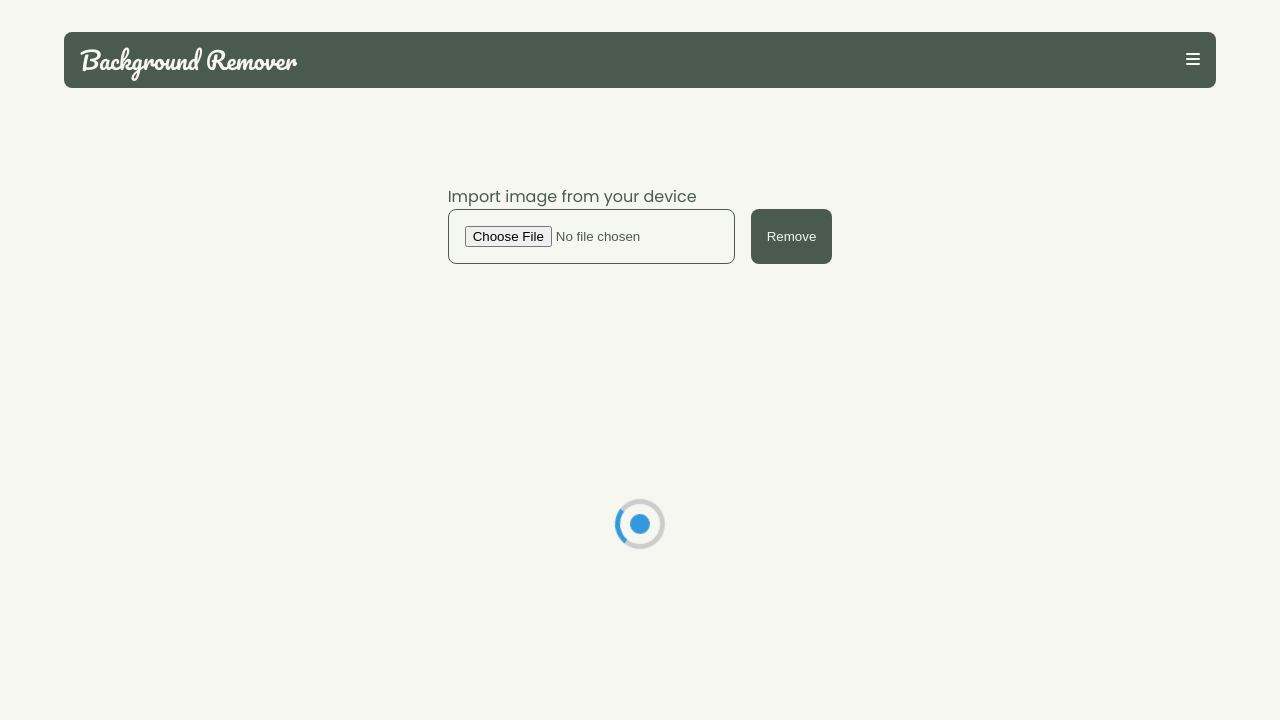
Repository: Oyasikelly/backgroundremover
Page: /
These files come from the project's save history. The page is drawn as it stood at one moment and after the next save; the edit follows.
The browser window is 1280 px wide. The pictures show the whole page.
An inner scrolling area shows only its first screen. Some web libraries are served in a nearby version. The project was rebuilt for these pictures with package versions that can differ from the ones it lists, and the page was loaded fresh each time. Also part of the build but not shown: vite.config.js, src/Components/SavedImages.jsx.

Above is the page before, as saved 2024-12-18 13:29:14.

### index.html
<!-- @format -->

<!DOCTYPE html>
<html lang="en">
  <head>
    <meta charset="UTF-8" />
    <link rel="icon" type="image/svg+xml" href="/vite.svg" />
    <meta name="viewport" content="width=device-width, initial-scale=1.0" />
    <title>Background Remover</title>
  </head>
  <body>
    <div id="root"></div>
    <script type="module" src="/src/main.jsx"></script>
    <script
      src="https://kit.fontawesome.com/09244cd8e5.js"
      crossorigin="anonymous"
    ></script>
  </body>
</html>

### src/App.jsx
/** @format */

// import { useState } from "react";
import { useState } from "react";
import "./App.css";
import { BrowserRouter, Routes, Route } from "react-router-dom";
import Remover from "./Components/Remover";
import SavedImages from "./Components/SavedImages";
export default function App() {
  const [menu, setMenu] = useState(false);
  const [webURL, setWebURL] = useState("");
  const [importedURL, setImportedURL] = useState("");

  return (
    <BrowserRouter>
      <div className="wrapper">
        <Routes>
          <Route
            path="/"
            element={
              <Remover
                menu={menu}
                setMenu={setMenu}
                webURL={webURL}
                setWebURL={setWebURL}
                importedURL={importedURL}
                setImportedURL={setImportedURL}
              />
            }
          />
          <Route path="/SavedImages" Component={SavedImages} />
        </Routes>
      </div>
    </BrowserRouter>
  );
}

### src/App.css
/** @format */
@import url("https://fonts.googleapis.com/css2?family=Dancing+Script:wght@400..700&family=Outfit:wght@100..900&family=Pacifico&family=Poppins:ital,wght@0,100;0,200;0,300;0,400;0,500;0,600;0,700;0,800;0,900;1,100;1,200;1,300;1,400;1,500;1,600;1,700;1,800;1,900&family=Young+Serif&display=swap");

* {
  box-sizing: border-box;
  padding: 0;
  margin: 0;
}
:root {
  --primary-color: #4b5a4f;
  --secondary-color: #f7f7f1;
  --btn-color: #8a9b8e;
}
body {
  background-color: transparent;
  padding: 0;
  margin: 0;
}
body::-webkit-scrollbar {
  display: none;
}
a {
  text-decoration: none;
  color: var(--secondary-color);
}
.container {
  background-color: var(--secondary-color);
  width: 100%;
  height: 100vh;
  overflow: scroll;
  display: flex;
  flex-direction: column;
  /* justify-content: center; */
  align-items: center;
  color: var(--primary-color);
  padding: 0rem 4rem;
  position: relative;
}
.Menu {
  background-color: var(--btn-color);
  color: var(--secondary-color);
  width: 20%;
  align-self: flex-end;
  padding: 1rem;
  position: fixed;
  top: 0;
  right: 0;
  border-radius: 0 0 0.5rem 0.5rem;
  z-index: 100;
  display: flex;
  flex-direction: column;
  gap: 1rem;
}
.Menu p {
  border: 2px solid var(--primary-color);
  padding: 0.3rem;
  border-radius: 0.3rem;
  cursor: pointer;
}
.Menu p:hover {
  background-color: var(--primary-color);
}
h2 {
  width: fit-content;
  font-family: "Pacifico", cursive;
  font-weight: 400;
  font-style: normal;
  line-height: 1.5rem;
  max-width: 30%;
}
header {
  background-color: var(--primary-color);
  color: var(--secondary-color);
  width: 100%;
  margin-bottom: 5rem;
  padding: 1rem;
  border-radius: 0.5rem;
  position: relative;
  top: 2rem;
  display: flex;
  justify-content: space-between;
  align-items: center;
}
i {
  cursor: pointer;
}
.content_container {
  display: flex;
  flex-direction: column;
  justify-content: center;
  align-items: center;
  font-family: "Poppins", serif;
}
form {
  display: flex;
  gap: 1rem;
  margin-bottom: 4rem;
}
input {
  padding: 1rem;
  border-radius: 0.5rem;
  outline: none;
  border: 1px solid var(--primary-color);
  width: 100%;
}
button {
  padding: 1rem;
  background-color: var(--primary-color);
  outline: none;
  border: none;
  border-radius: 0.5rem;
  transition: background-color 0.5s ease-in;
  color: var(--secondary-color);
}
button:hover {
  background-color: var(--btn-color);
}
p {
  align-self: flex-start;
}
.imported-img {
  margin-top: 3rem;
  display: flex;
  flex-direction: column;
  justify-content: center;
  align-items: center;
}
.imported-img form {
  /* background-color: green; */
  width: fit-content;
  display: flex;
  width: 100%;
  /* justify-content: center; */
}
.import-img {
  width: 100%;
  padding: 1rem;
  align-content: center;
}

.output_container{
  width: 350px;
  height: 350px;
  background-color: pink;
}
.output_container img{
  width: 100%;
}
@media screen and (max-width: 1024px) {
  .container {
    padding-bottom: 3rem;
  }
  .content_container {
    width: 100%;
  }
  form {
    width: 100%;
    display: flex;
    justify-content: space-between;
  }
}

.Wrap_savedImages {
  display: flex;
  flex-direction: column;
  justify-content: center;
  align-items: center;
  padding-bottom: 3rem;
}
.saved_images {
  background-color: var(--secondary-color);
  color: var(--primary-color);
  height: 100vh;
  display: grid;
  grid-template-columns: repeat(4, 1fr);
  align-content: center;
  justify-items: center;
  grid-row-gap: 1rem;
  grid-column-gap: 1rem;
}
.saved_images div {
  width: 100px;
  height: 100px;
  border: 1px solid var(--primary-color);
  border-radius: 0.5rem;
}

### src/Components/Remover.jsx
/** @format */
import { useState } from "react";
import axios from "axios";

// import chair from "../assets/chair.jpeg";
import { NavLink } from "react-router-dom";
// components
import Header from "./Header";
// import UrlImage from "./urlImage";
import ImportImage from "./importImage";
import Loading from "./Loading";

export default function Remover({
  menu,
  setMenu,
  // webURL,
  // setWebURL,
  importedURL,
  setImportedURL,
}) {
  const [outputImage, setOutputImage] = useState(""); // State to store the output image URL

  function handleMenu() {
    setMenu(() => true);
  }
  function handleCloseMenu() {
    setMenu(() => false);
  }
  // function handleWebURL(e) {
  //   setWebURL(e.target.value);
  // }
  function handleImportedURL(e) {
    setImportedURL(e.target.files[0]); // Update importedURL state with the selected file
  }

  const apiKey = "0eaf034066ed7e5c243f379b2274ee09d9f82867"; // Replace with your actual API key
  const apiEndpoint = "https://sdk.photoroom.com/v1/segment";

  // Function to remove background for URL
  // const removeBackgroundFromURL = async (imageUrl) => {
  //   try {
  //     const response = await axios.post(
  //       apiEndpoint,
  //       { image_url: imageUrl }, // API expects 'image_url', not 'url'
  //       {
  //         headers: {
  //           "x-api-key": apiKey,
  //           "Content-Type": "application/json",
  //         },
  //         responseType: "blob", // Get the response as a Blob
  //       }
  //     );

  //     const imageUrlBlob = URL.createObjectURL(response.data);
  //     console.log(imageUrlBlob);
  //     setOutputImage(imageUrlBlob);
  //   } catch (error) {
  //     console.error("Error removing background (URL):", error.response?.data || error.message);
  //   }
  // };
  // Function to remove background for imported image
  const removeBackgroundFromFile = async (file) => {
    try {
      const formData = new FormData();
      formData.append("image_file", file); // Append file to FormData

      const response = await axios.post(apiEndpoint, formData, {
        headers: {
          "x-api-key": apiKey,
          "Content-Type": "multipart/form-data",
        },
        responseType: "blob", // Ensure response is a Blob
      });

      const imageUrlBlob = URL.createObjectURL(response.data);
      setOutputImage(imageUrlBlob);
    } catch (error) {
      console.error("Error removing background (File):", error);
    }
  };

  // const handleRemoveBackground = async (e) => {
  //   e.preventDefault();
  //   if (webURL) {
  //     await removeBackgroundFromURL(webURL);
  //   } else {
  //     alert("Please provide an image URL.");
  //   }
  // };

  const handleRemoveBackground_ImportedImg = async (e) => {
    e.preventDefault();
    if (importedURL) {
      await removeBackgroundFromFile(importedURL);
    } else {
      alert("Please import an image.");
    }
  };

  return (
    <div className="container">
      {menu && (
        <div className="Menu" onClick={handleCloseMenu}>
          <span style={{ fontSize: "24px" }}>&#10006;</span>
          <NavLink to="/SavedImages">
            <p>See Saved Images</p>
          </NavLink>
        </div>
      )}
     <Header handleMenu={handleMenu}/>

      {/* Remove Background via URL */}
     {/* <UrlImage webURL={webURL} handleRemoveBackground={handleRemoveBackground} handleWebURL={handleWebURL} /> */}

      {/* Remove Background via Imported File */}
     <ImportImage handleRemoveBackground_ImportedImg={handleRemoveBackground_ImportedImg} handleImportedURL={handleImportedURL}  />


      {/* Output Image */}
      <Loading />
      {outputImage && (
        <div className="output_container">
          <div>
          </div>
          <h3>Background Removed Image:</h3>
         <div className="outputWrap">
          <img src={outputImage} alt="Output" />
          </div>
        </div>
      )}
    </div>
  );
}

### src/Components/Header.jsx
export default function Header({handleMenu}){
    return  <header>
    <h2>Background Remover</h2>
    <nav>
      <i className="fa-solid fa-bars" onClick={handleMenu}></i>
    </nav>
  </header>
}

### src/Components/importImage.jsx
import { motion } from "framer-motion";

export default function ImportImage({handleRemoveBackground_ImportedImg, handleImportedURL}){
    return  <main className="content_container imported-img">
    <p>Import image from your device</p>
    <form onSubmit={handleRemoveBackground_ImportedImg}>
      <input
        name="importedURL"
        className="import-img"
        type="file"
        accept="image/*"
        onChange={handleImportedURL}
      />
      <motion.button whileHover={{scale:1.2}} whileTap={{opacity:0.6}} typeof="submit">
          Remove
      </motion.button>
    </form>

  </main>
}

### src/Components/Loading.jsx
// components/LoadingSpinner.js
import { motion } from 'framer-motion';

const Loading = () => {
  return (
    <div style={styles.container}>
      <motion.div
        style={styles.spinner}
        animate={{ rotate: 360 }}
        transition={{
          repeat: Infinity,
          duration: 2, // Duration of one full rotation
          ease: "linear",
        }}
      >
        <div style={styles.innerCircle}></div>
      </motion.div>
    </div>
  );
};

const styles = {
  container: {
    display: 'flex',
    justifyContent: 'center',
    alignItems: 'center',
    height: '100vh', // Full screen height
  },
  spinner: {
    width: '50px',
    height: '50px',
    border: '5px solid #ccc',
    borderTop: '5px solid #3498db',
    borderRadius: '50%',
    display: 'flex',
    justifyContent: 'center',
    alignItems: 'center',
  },
  innerCircle: {
    width: '20px',
    height: '20px',
    backgroundColor: '#3498db',
    borderRadius: '50%',
  },
};

export default Loading;

Loaded but not shown: src/main.jsx (common file); src/index.css (no stored copy; drawn as an empty file)

After the next save:
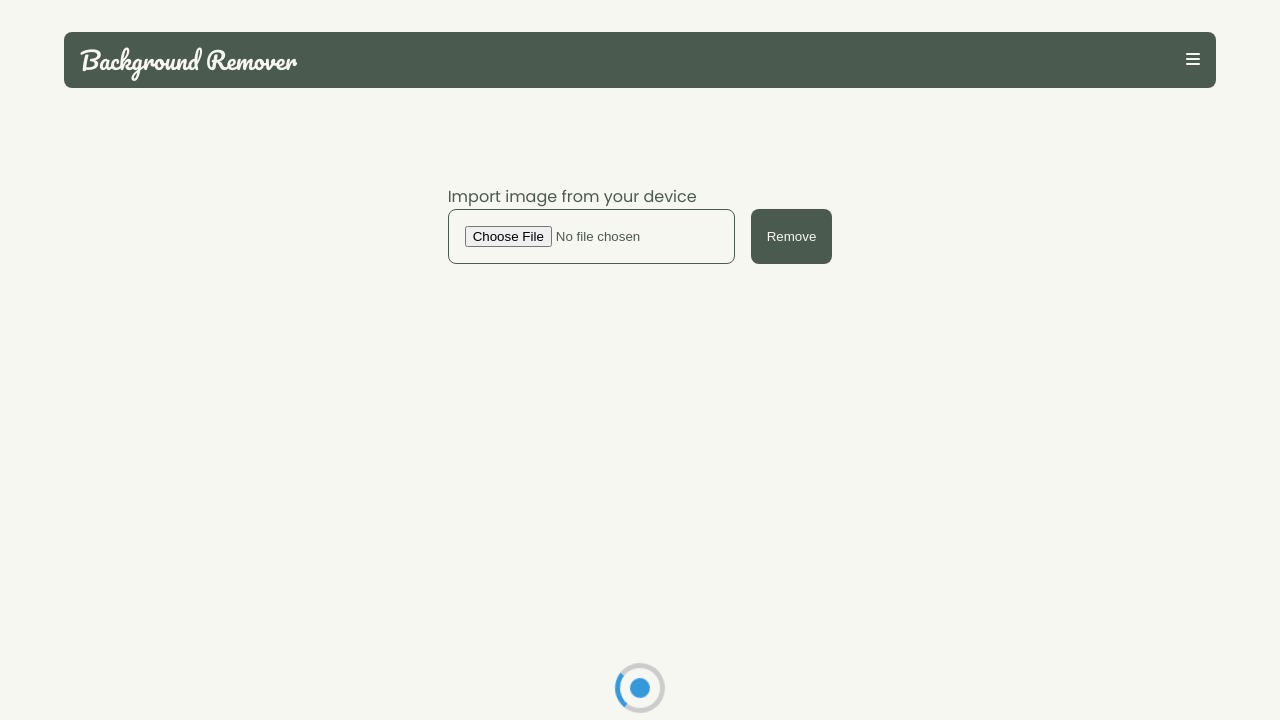
Saved 16 s later.
--- a/src/Components/Remover.jsx
+++ b/src/Components/Remover.jsx
@@ -117,11 +117,11 @@ export default function Remover({
 
 
       {/* Output Image */}
-      <Loading />
+          <div>
+            <Loading />
+          </div>
       {outputImage && (
         <div className="output_container">
-          <div>
-          </div>
           <h3>Background Removed Image:</h3>
          <div className="outputWrap">
           <img src={outputImage} alt="Output" />
